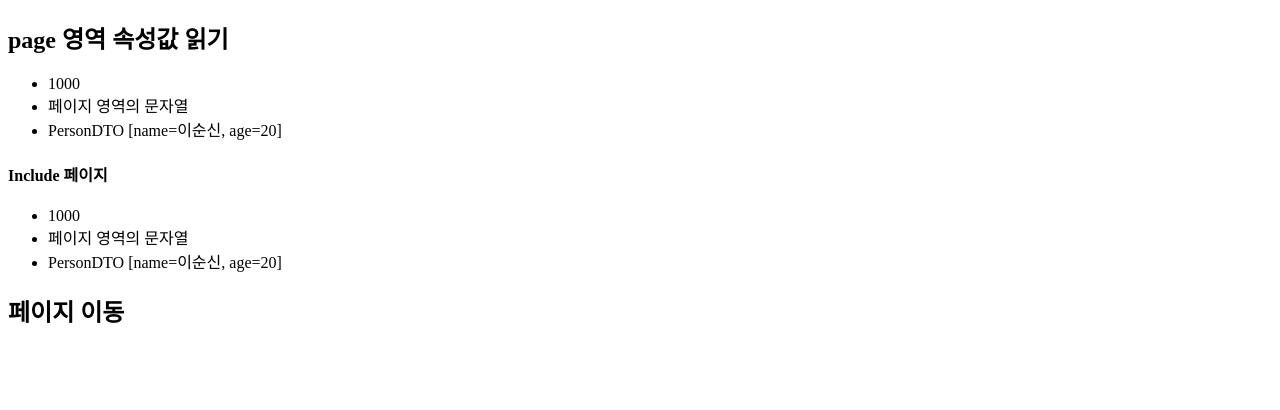
Repository: parkblacksheep/JSP-Servlet
Page: http://localhost/HelloJSP3/scope/pageContextScope.jsp
An editor plug-in stored every save of this project. The page is shown before and after the next save, followed by the edit.
The browser window is 1280 px wide. The pictures show the whole page.
The page is served by Tomcat 9.

Above is the page before, as saved 2024-07-26 01:47:15.

### HelloJSP3/src/main/webapp/scope/pageContextScope.jsp
<%@page import="kr.co.kosta.common.PersonDTO"%>
<%@ page language="java" contentType="text/html; charset=UTF-8"
    pageEncoding="UTF-8"%>
<%
	pageContext.setAttribute("pageInteger", 1000);
	pageContext.setAttribute("pageString","페이지 영역의 문자열");
	pageContext.setAttribute("pageDTO", new PersonDTO("이순신",20));

%>

<!DOCTYPE html>
<html>
<head>
<meta charset="UTF-8">
<title>Insert title here</title>
</head>
<body>
	<h2>page 영역 속성값 읽기</h2>
	<%
		int pInteger=(Integer)pageContext.getAttribute("pageInteger");
		String pString=pageContext.getAttribute("pageString").toString();
		PersonDTO pPerson =(PersonDTO)pageContext.getAttribute("pageDTO");
	%>
	<ul>
		<li><%= pInteger %></li>
		<li><%= pString %></li>
		<li><%= pPerson %></li>
	</ul>

	<%@ include file="pageContextInclude.jsp" %>
	<h2>페이지 이동 </h2>
	<a href="pageContextScope2.jsp"></a>
</body>
</html>

### HelloJSP3/src/main/webapp/scope/pageContextInclude.jsp
<%@page import="kr.co.kosta.common.PersonDTO"%>
<%@ page language="java" contentType="text/html; charset=UTF-8"
    pageEncoding="UTF-8"%>
<!DOCTYPE html>
<html>
<head>
<meta charset="UTF-8">
<title>Insert title here</title>
</head>
<body>
	<h4>Include 페이지</h4>
	<%
		int pInteger2 =(Integer)pageContext.getAttribute("pageInteger");
		String pString2 = pageContext.getAttribute("pageString").toString();
		PersonDTO pPerson2 = (PersonDTO)pageContext.getAttribute("pageDTO");
	%>
	<ul>
		<li><%= pInteger2 %></li>
		<li><%= pString2 %></li>
		<li><%= pPerson2 %></li>
	</ul>
</body>
</html>

### HelloJSP3/src/main/java/kr/co/kosta/common/PersonDTO.java
package kr.co.kosta.common;

public class PersonDTO {
	private String name;
	private int age;


	public PersonDTO(String name, int age) {
		super();
		this.name = name;
		this.age = age;
	}


	public String getName() {
		return name;
	}


	public void setName(String name) {
		this.name = name;
	}


	public int getAge() {
		return age;
	}


	public void setAge(int age) {
		this.age = age;
	}


	@Override
	public String toString() {
		return "PersonDTO [name=" + name + ", age=" + age + "]";
	}


}

After the next save:
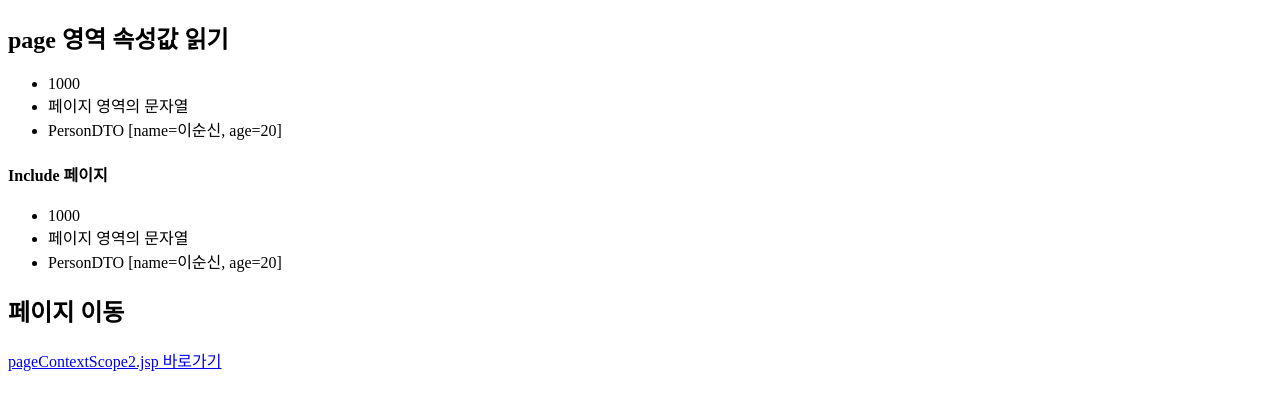
Saved 23 s later.
--- a/HelloJSP3/src/main/webapp/scope/pageContextScope.jsp
+++ b/HelloJSP3/src/main/webapp/scope/pageContextScope.jsp
@@ -29,6 +29,6 @@
 
 	<%@ include file="pageContextInclude.jsp" %>
 	<h2>페이지 이동 </h2>
-	<a href="pageContextScope2.jsp"></a>
+	<a href="pageContextScope2.jsp">pageContextScope2.jsp 바로가기</a>
 </body>
 </html>
